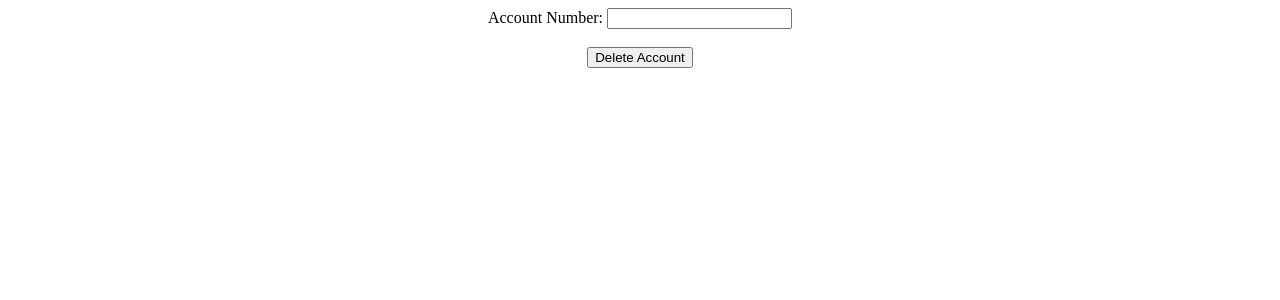
Repository: bindu2505/Mode1-Training
Page: http://localhost/BankProjectJsp/close.jsp
These files come from the project's save history. The page is drawn as it stood at one moment and after the next save; the edit follows.
The browser window is 1280 px wide. The pictures show the whole page.
The page is served by Tomcat 9. Other server files are loaded and not shown.

Above is the page before, as saved 2019-08-22 10:41:17.

### Day18/BankProjectJsp/WebContent/close.jsp
<%@ page language="java" contentType="text/html; charset=ISO-8859-1"
    pageEncoding="ISO-8859-1"%>
<!DOCTYPE html PUBLIC "-//W3C//DTD HTML 4.01 Transitional//EN" "http://www.w3.org/TR/html4/loose.dtd">
<html>
<head>
<meta http-equiv="Content-Type" content="text/html; charset=ISO-8859-1">
<title>Insert title here</title>
</head>
<body>
<form method="get" action="CloseAccount.jsp">
<center>
	Account Number:
	<input type="text" name="accno" /><br/><br/>
	<input type="submit" value="Delete Account"/>
	</center>
	</form>

</body>
</html>

### Day18/BankProjectJsp/WebContent/menu.jsp
<%@ page language="java" contentType="text/html; charset=ISO-8859-1"
    pageEncoding="ISO-8859-1"%>
<!DOCTYPE html PUBLIC "-//W3C//DTD HTML 4.01 Transitional//EN" "http://www.w3.org/TR/html4/loose.dtd">
<html>
<head>
<meta http-equiv="Content-Type" content="text/html; charset=ISO-8859-1">
<title>Insert title here</title>
</head>
<body>
<a href="create.jsp">Create Account</a>
&nbsp;&nbsp;&nbsp;&nbsp;&nbsp;&nbsp;&nbsp;
<a href="close.jsp">Close Account</a>
&nbsp;&nbsp;&nbsp;&nbsp;&nbsp;&nbsp;&nbsp;
<a href="deposit.jsp">Deposit Account</a>
&nbsp;&nbsp;&nbsp;&nbsp;&nbsp;&nbsp;&nbsp;
<a href="search.jsp">Search Account</a>
&nbsp;&nbsp;&nbsp;&nbsp;&nbsp;&nbsp;&nbsp;
<a href="update.jsp">Update Account</a>
&nbsp;&nbsp;&nbsp;&nbsp;&nbsp;&nbsp;&nbsp;
<a href="withdraw.jsp">Withdraw Account</a>
&nbsp;&nbsp;&nbsp;&nbsp;&nbsp;&nbsp;&nbsp;
</body>
</html>

After the next save:
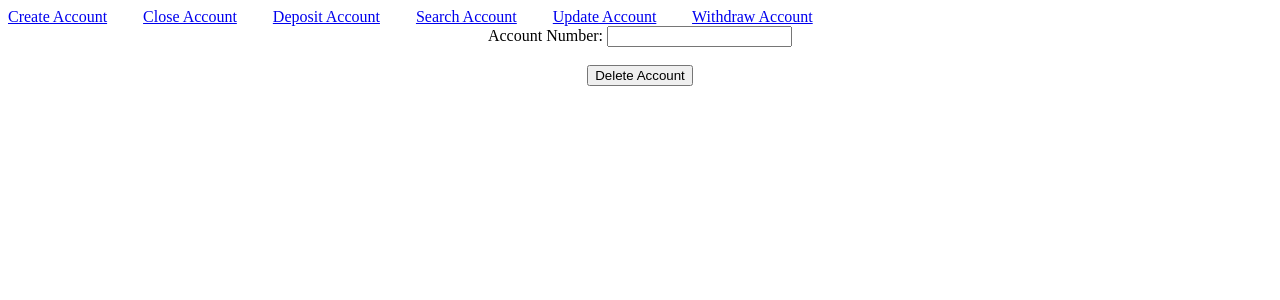
Saved 2 min 7 s later.
--- a/Day18/BankProjectJsp/WebContent/close.jsp
+++ b/Day18/BankProjectJsp/WebContent/close.jsp
@@ -7,6 +7,7 @@
 <title>Insert title here</title>
 </head>
 <body>
+<jsp:include page="menu.jsp"></jsp:include>
 <form method="get" action="CloseAccount.jsp">
 <center>
 	Account Number:
